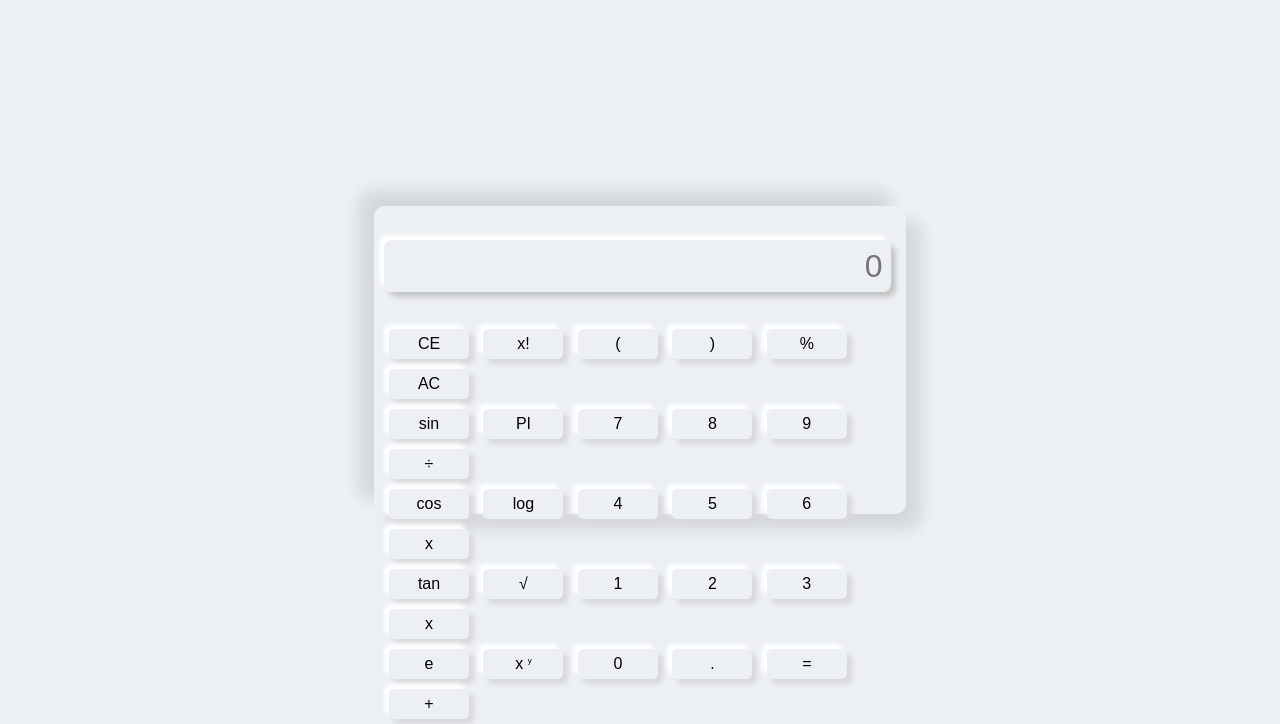
Repository: Haakim19/Scientific-Calculator
Page: intex.html
An editor plug-in stored every save of this project. The page is shown before and after the next save, followed by the edit.
The browser window is 1280 px wide. The pictures show the whole page.

Above is the page before, as saved 2024-10-27 13:38:52.

### intex.html
<!DOCTYPE html>
<html lang="en">
<head>
    <meta charset="UTF-8">
    <meta name="viewport" content="width=device-width, initial-scale=1.0">
    <title>Scientific Calculator</title>
    <link rel="stylesheet" href="Style.css">
</head>
<body>
    <div class="container">
        <div class="display">
                <input type="text" id="screen" placeholder="0" >
        </div>
        <div class="btns">
            <div class="row">
                <button class="btn">CE</button>
                <button class="btn">x!</button>
                <button class="btn">(</button>
                <button class="btn">)</button>
                <button class="btn">%</button>
                <button class="btn">AC</button>
            </div>
            <div class="row">
                <button class="btn">sin</button>
                <button class="btn">PI</button>
                <button class="btn">7</button>
                <button class="btn">8</button>
                <button class="btn">9</button>
                <button class="btn">÷</button>
            </div>
            <div class="row">
                <button class="btn">cos</button>
                <button class="btn">log</button>
                <button class="btn">4</button>
                <button class="btn">5</button>
                <button class="btn">6</button>
                <button class="btn">x</button>
            </div>
            <div class="row">
                <button class="btn">tan</button>
                <button class="btn">√</button>
                <button class="btn">1</button>
                <button class="btn">2</button>
                <button class="btn">3</button>
                <button class="btn">x</button>
            </div>
            <div class="row">
                <button class="btn">e</button>
                <button class="btn">x <sup style="font-size: 0.5rem;">y</sup></button>
                <button class="btn">0</button>
                <button class="btn">.</button>
                <button class="btn">=</button>
                <button class="btn">+</button>
            </div>
        </div>
</body>

</html>

### Style.css
body{
    /* background-color: #f0f0f0; */
    font-family: Arial, sans-serif;
    margin: 0;
    padding: 0;
    justify-content: center;
    align-items: center;
    display: flex;
    min-height: 100vh;
    background: #ecf0f3;
}

.container{
    width: 40%;
    height: 40vh;
    padding: 10px;
    border-radius: 10px;
    box-shadow: 15px 15px 15px rgba(0, 0, 0, 0.1),
                -15px -15px 15px rgba(0, 0, 0, 0.1);
}
 /* #screen1{
    width: 97%;
    height: 70px;
    border: none;
    outline: none;
    text-align: right;
    padding-right: 0.5rem;
    margin-top: 1.5rem;
    font-size: 2em;
    border-radius: 8px;
    background:#ecf0f3;
    box-shadow: inset 5px 5px 5px rgba(0, 0, 0, 0.2),
                inset -5px -5px 5px rgba(0, 0, 0, 0.1);

} */
.display #screen{
    width: 97%;
    height: 50px;
    border: none;
    outline: none;
    text-align: right;
    padding-right: 0.5rem;
    margin-top: 1.5rem;
    font-size: 2em;
    border-radius: 8px;
    background:#ecf0f3;
    display: flex;
    flex-direction: column;
    box-shadow: 5px 5px 5px #c5c5c5,
                -5px -5px 5px #ffffff;
}

.btns {
    width: 100%;
    cursor: pointer;
    display: flex;
    justify-content: center;
    align-items: center;
    /* border-radius: 5px; */
    margin-top: 2rem;
    flex-direction: column;
}
.btns .row button{
    width: 80px;
    height: 30px;
    margin: 5px;
    border: none;
    outline: none;
    font-size:16px;
    border-radius: 5px;
    cursor: pointer;
    background: #ecf0f3;
    box-shadow: 5px 5px 5px #d7d8da,
                -5px -5px 5px #ffffff;
}

After the next save:
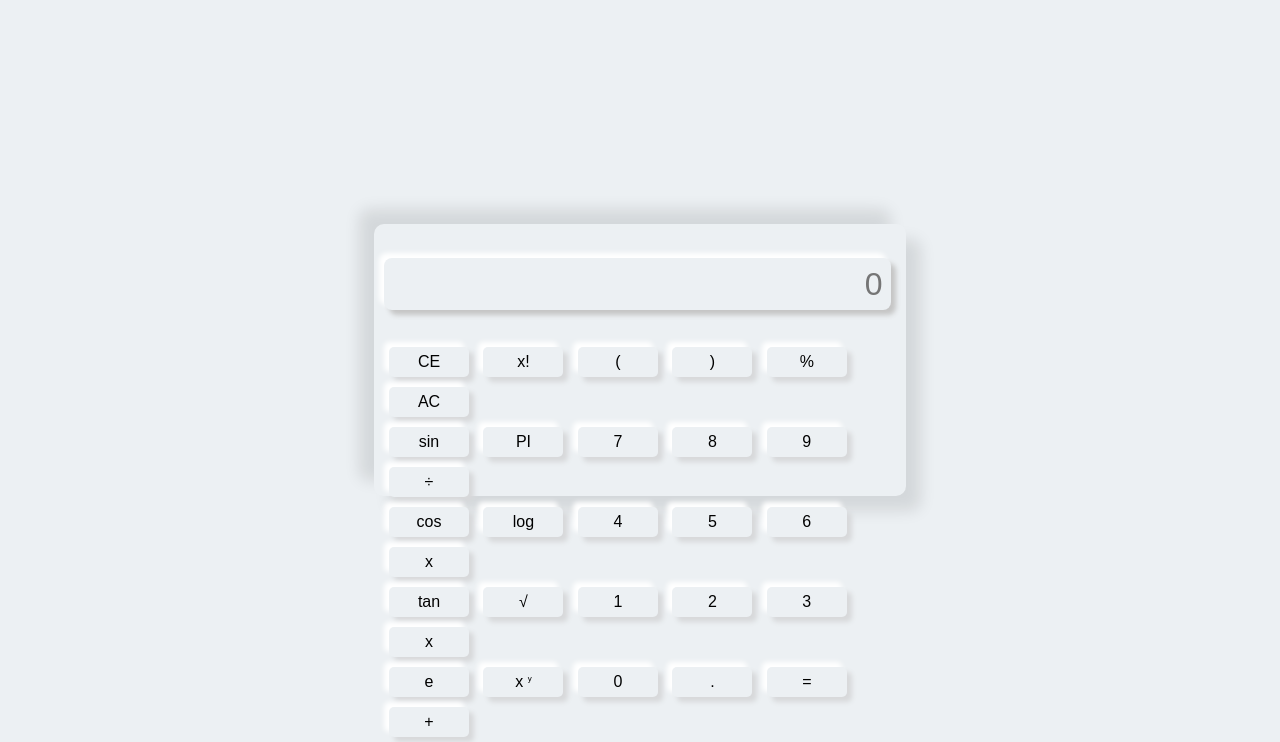
Saved 19 s later.
--- a/Style.css
+++ b/Style.css
@@ -12,7 +12,7 @@ body{
 
 .container{
     width: 40%;
-    height: 40vh;
+    height: 35vh;
     padding: 10px;
     border-radius: 10px;
     box-shadow: 15px 15px 15px rgba(0, 0, 0, 0.1),
